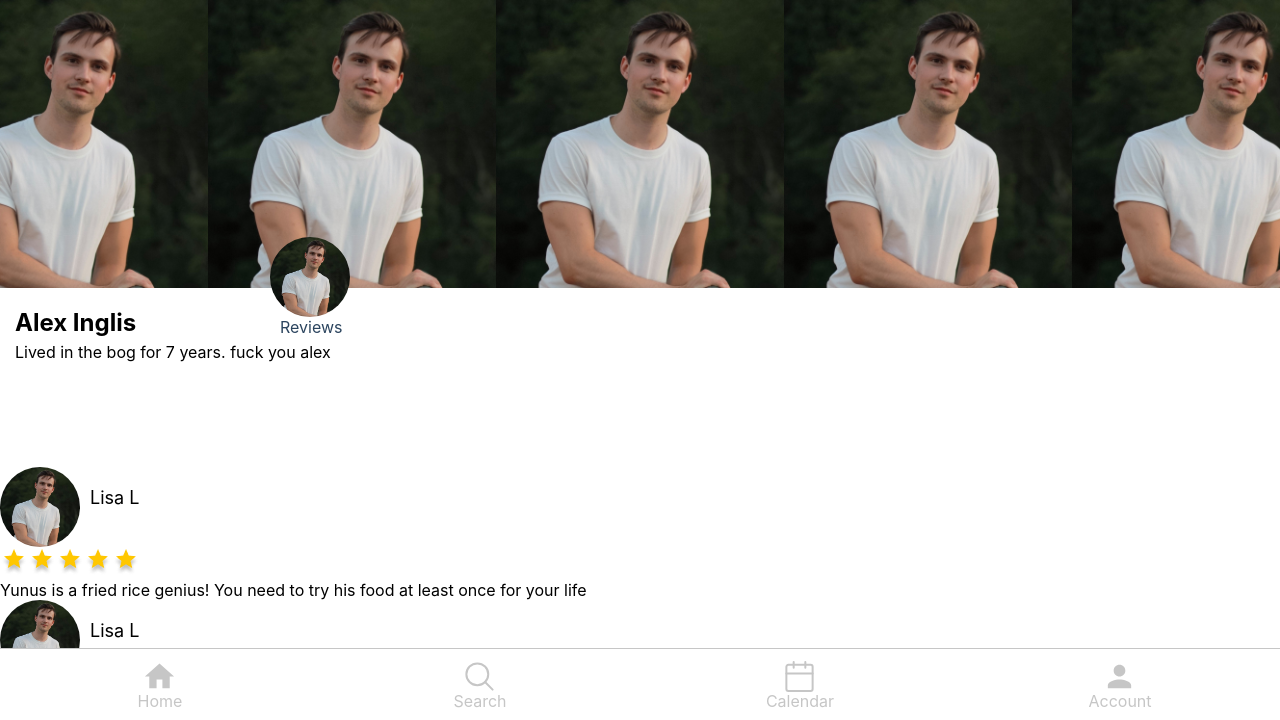
Repository: nguyenlejoe/HomeChef
Page: / (app in app/)
The author's editor kept a copy of each file at every save. The page is drawn from the files as they stood at one save, then again after the next save.
The browser window is 1280 px wide. The pictures show the whole page.
The project was rebuilt for these pictures with package versions that can differ from the ones it lists, and the page was loaded fresh each time. Also part of the build but not shown: app/src/comps/MainButton/index.js.

Above is the page before, as saved 2020-11-07 13:42:24.

### app/src/App.js
import React from 'react';
//import logo from './logo.svg';
//import './App.css';
import Pages from './pages/ChefReview';

function App() {
  return (
    <Pages />
  );
}

export default App;

### app/src/pages/ChefReview.js
import React from 'react';
import './ChefReview.scss'
import NavBarGourmet from '../comps/NavBarGourmet';
import AvatarContainer from '../comps/Avatar';


export default function Home() {
  return<div className="app">
        <div className="CoverImage"></div>
        <div className="ChefDesc">
            <h2>Alex Inglis</h2>
            <p>Lived in the bog for 7 years. fuck you alex</p>
        </div>
        <div className="AvatarBox">
                <AvatarContainer></AvatarContainer>
                <a>Reviews</a>
        </div>
        <div className="ReviewList">
            <div className="ReviewCont">
                <div className="ReviewProfile"><AvatarContainer width='150px' height='150px'></AvatarContainer><a>Lisa L</a></div>
                <div className="rating">
                    <div className="stars"><img src='/star.png' /></div>
                    <div className="stars"><img src='/star.png' /></div>
                    <div className="stars"><img src='/star.png' /></div>
                    <div className="stars"><img src='/star.png' /></div>
                    <div className="stars"><img src='/star.png' /></div>
                </div>
                <div>Yunus is a fried rice genius! You need to try his food at least once for your life</div>
            </div>
            <div className="ReviewCont">
                <div className="ReviewProfile"><AvatarContainer width='150px' height='150px'></AvatarContainer><a>Lisa L</a></div>
                <div className="rating">
                    <div className="stars"><img src='/star.png' /></div>
                    <div className="stars"><img src='/star.png' /></div>
                    <div className="stars"><img src='/star.png' /></div>
                    <div className="stars"><img src='/star.png' /></div>
                    <div className="stars"><img src='/star.png' /></div>
                </div>
                <div>Yunus is a fried rice genius! You need to try his food at least once for your life</div>
            </div>

        </div>

        <div className="Nav">
          <NavBarGourmet
          bgimg = "/Search.png"
          title = "Search"
          btnState = {true}
          orderActive = {true}
          ></NavBarGourmet>
        </div>


    </div>

}

### app/src/pages/ChefReview.scss
.app{
    width: 100vw;
    height:100vh;
    overflow-x: hidden;
}

.CoverImage{
    height: 40%;
    background-image: url("/alex.jpg");
    background-position: center;
    background-size: contain;
}

.ChefDesc{
    height:20%;
    width: 65%;
    margin: 15px;
    p{
        margin-top: -15px;
    }
}

.AvatarBox{
    height:0px;
    position: relative;
    z-index: 1;
    top: -230px;
    left: 270px;
    a{
        margin-left:10px;
        color: #2B445E;
    }
}


.ReviewProfile{
    display: flex;

    a{
        margin: 20px 0 0 10px;
        font-size: 18px;
    }
}

.ProfileAvatar{

}


.rating{
    display: flex;
}



.Nav{
    height: 10%;
    width: 100%;
    position: fixed;
    bottom: 0;
}

### app/src/comps/NavBarGourmet/index.js
import React, {useState} from 'react';
import styled, {css} from 'styled-components';
import Button from '../MainButton';

const NavContainer = styled.div`
display:flex;
height:100%;
width:100%;
background-color:#FFFFFF;
`;

const NavBox = styled.div`
justify-content:space-around;
display:flex;
align-items:center;
position:relative;
width:100%;
height:100%;
border-top: 1px solid #C6C6C6;


`;

const NavButton = styled.div`
    display:flex;
    align-items:center;
    flex-direction:column;
    margin:2px;
    width:15%;
    height:80%;
    text-align:center;

`;

const NavIcon = styled.div`
    margin-top:3px;
    margin-right:2px;
    width:55%;
    height:55%;
    background-size:contain;
    background-repeat: no-repeat;


`;

const NavLabel = styled.div`
    height:20px;
    width:100%;
    color:${props => props.ButtonActive};

`;






const NavBar = ({active, onClickHome, onClickSearch, onClickCalendar, onClickAccount}) => {

const [ButtonActiveVal,SetActive] = useState(active);

    return <NavContainer>
        <NavBox>

            <NavButton onClick={onClickHome}
            ButtonActive = {ButtonActiveVal === 1 ? "#24B574" : "#C6C6C6"}
            >
            <NavIcon>
                <svg width="35" height="35" viewBox="0 0 35 35" fill="none" xmlns="http://www.w3.org/2000/svg">
                    <path d="M14.5834 29.1667V20.4167H20.4167V29.1667H27.7084V17.5H32.0834L17.5001 4.375L2.91675 17.5H7.29175V29.1667H14.5834Z" fill={ButtonActiveVal === 1 ? "#24B574" : "#C6C6C6"}/>
                </svg>
            </NavIcon>
                <NavLabel ButtonActive={ButtonActiveVal === 1 ? "#24B574" : "#C6C6C6"}>Home</NavLabel>
            </NavButton>

            <NavButton
            onClick={onClickSearch}
            // onClick={()=>{
            //     SetActive(active);
            // }}
            ButtonActive = {ButtonActiveVal === 2 ? "#24B574" : "#C6C6C6"}
            >
                <NavIcon>
                    <svg width="35" height="35" viewBox="0 0 35 35" fill="none" xmlns="http://www.w3.org/2000/svg">
                        <path fill-rule="evenodd" clip-rule="evenodd" d="M15.3125 26.25C21.3531 26.25 26.25 21.3531 26.25 15.3125C26.25 9.27189 21.3531 4.375 15.3125 4.375C9.27189 4.375 4.375 9.27189 4.375 15.3125C4.375 21.3531 9.27189 26.25 15.3125 26.25Z" stroke={ButtonActiveVal === 2 ? "#24B574" : "#C6C6C6"} stroke-width="2" stroke-linecap="round" stroke-linejoin="round"/>
                        <path d="M30.625 30.625L23.0416 23.0417" stroke={ButtonActiveVal === 2 ? "#24B574" : "#C6C6C6"}stroke-width="2" stroke-linecap="round" stroke-linejoin="round"/>
                    </svg>
                </NavIcon>
                <NavLabel ButtonActive={ButtonActiveVal === 2 ? "#24B574" : "#C6C6C6"} >Search</NavLabel>
            </NavButton>

            <NavButton
            onClick={onClickCalendar}
            // onClick={()=>{
            //     SetActive(active);
            // }}
            ButtonActive = {ButtonActiveVal === 3 ? "#24B574" : "#C6C6C6"}
            >
                <NavIcon>
                    <svg width="35" height="35" viewBox="0 0 35 35" fill="none" xmlns="http://www.w3.org/2000/svg">
                        <path fill-rule="evenodd" clip-rule="evenodd" d="M4.375 7.83325C4.375 6.72868 5.27043 5.83325 6.375 5.83325H28.625C29.7296 5.83325 30.625 6.72868 30.625 7.83325V30.0833C30.625 31.1878 29.7296 32.0833 28.625 32.0833H6.375C5.27043 32.0833 4.375 31.1878 4.375 30.0833V7.83325Z" stroke={ButtonActiveVal === 3 ? "#24B574" : "#C6C6C6"} stroke-width="2" stroke-linecap="round" stroke-linejoin="round"/>
                        <path d="M23.3333 2.91675V8.75008" stroke={ButtonActiveVal === 3 ? "#24B574" : "#C6C6C6"} stroke-width="2" stroke-linecap="round" stroke-linejoin="round"/>
                        <path d="M11.6667 2.91675V8.75008" stroke={ButtonActiveVal === 3 ? "#24B574" : "#C6C6C6"} stroke-width="2" stroke-linecap="round" stroke-linejoin="round"/>
                        <path d="M4.375 14.5833H30.625" stroke={ButtonActiveVal === 3 ? "#24B574" : "#C6C6C6"} stroke-width="2" stroke-linecap="round" stroke-linejoin="round"/>
                    </svg>
                </NavIcon>
                <NavLabel ButtonActive={ButtonActiveVal === 3 ? "#24B574" : "#C6C6C6"}>Calendar</NavLabel>
            </NavButton>


            <NavButton
            onClick={onClickAccount}
            // onClick={()=>{
            //     SetActive(active);
            // }}
            ButtonActive = {ButtonActiveVal === 4 ? "#24B574" : "#C6C6C6"}
            >
                <NavIcon>
                    <svg width="35" height="35" viewBox="0 0 35 35" fill="none" xmlns="http://www.w3.org/2000/svg">
                        <path d="M17.4999 17.4999C20.7228 17.4999 23.3332 14.8895 23.3332 11.6666C23.3332 8.44367 20.7228 5.83325 17.4999 5.83325C14.277 5.83325 11.6666 8.44367 11.6666 11.6666C11.6666 14.8895 14.277 17.4999 17.4999 17.4999ZM17.4999 20.4166C13.6062 20.4166 5.83325 22.3708 5.83325 26.2499V29.1666H29.1666V26.2499C29.1666 22.3708 21.3937 20.4166 17.4999 20.4166Z" fill={ButtonActiveVal === 4 ? "#24B574" : "#C6C6C6"}/>
                    </svg>
                </NavIcon>
                <NavLabel ButtonActive={ButtonActiveVal === 4 ? "#24B574" : "#C6C6C6"}>Account</NavLabel>
            </NavButton>
        </NavBox>
    </NavContainer>

}

NavBar.defaultProps = {
    title: "label",
    bgimg: "/Home.png",
    orderNum: "0",
    ButtonActive:"black"

}

export default NavBar;

### app/src/comps/Avatar/index.js
import React from 'react';
import styled from 'styled-components';

const AvatarContainer = styled.div`
width:80px;
height:80px;
`;

const AvatarImg = styled.div`
min-width:100%;
min-height:100%;
background-image:url(${props=>props.bgimg ? props.bgimg : "none"});
background-size:cover;
border-radius:100px;

`;

const Avatar = ({bgimg}) =>{
    return <AvatarContainer>
        <AvatarImg bgimg={bgimg} ></AvatarImg>
    </AvatarContainer>
}

Avatar.defaultProps = {
    bgimg : "./alex.jpg",
}

export default Avatar;

Loaded but not shown: app/public/index.html (common file); app/src/index.js (common file); app/src/index.css (common file); app/src/serviceWorker.js (common file)

After the next save:
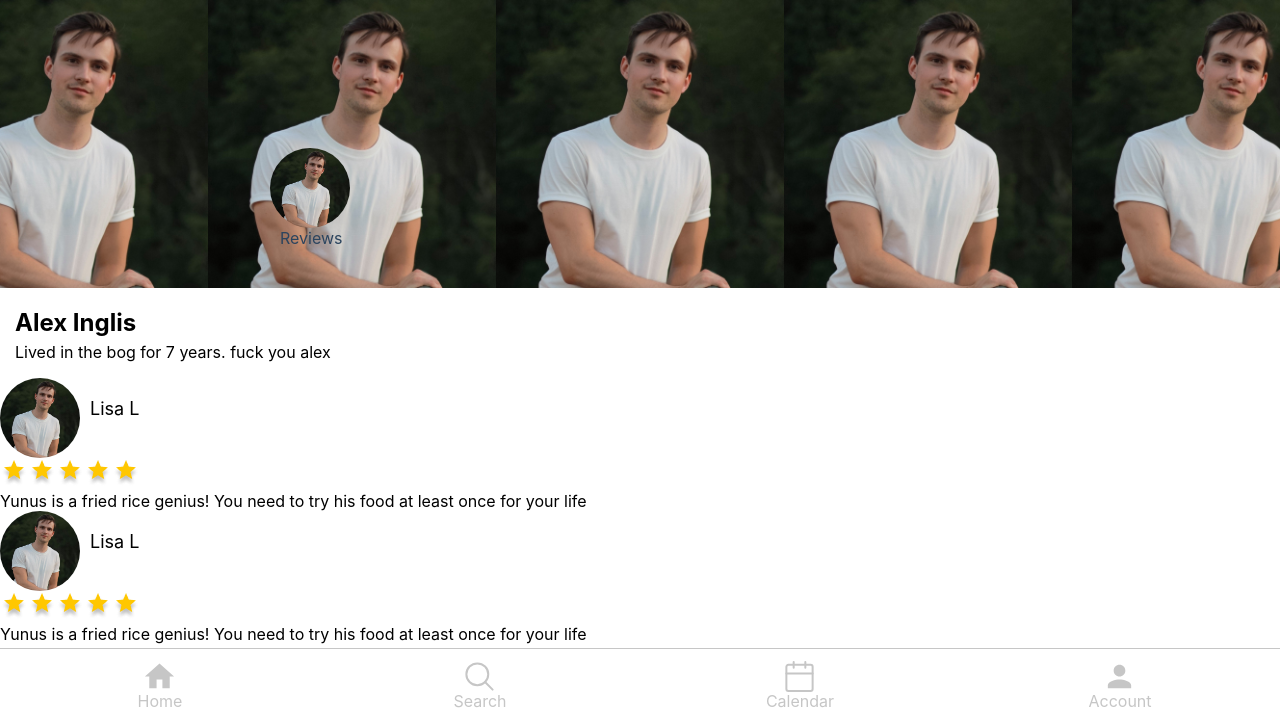
Saved 53 min 24 s later.
--- a/app/src/pages/ChefReview.scss
+++ b/app/src/pages/ChefReview.scss
@@ -12,7 +12,7 @@
 }
 
 .ChefDesc{
-    height:20%;
+
     width: 65%;
     margin: 15px;
     p{
